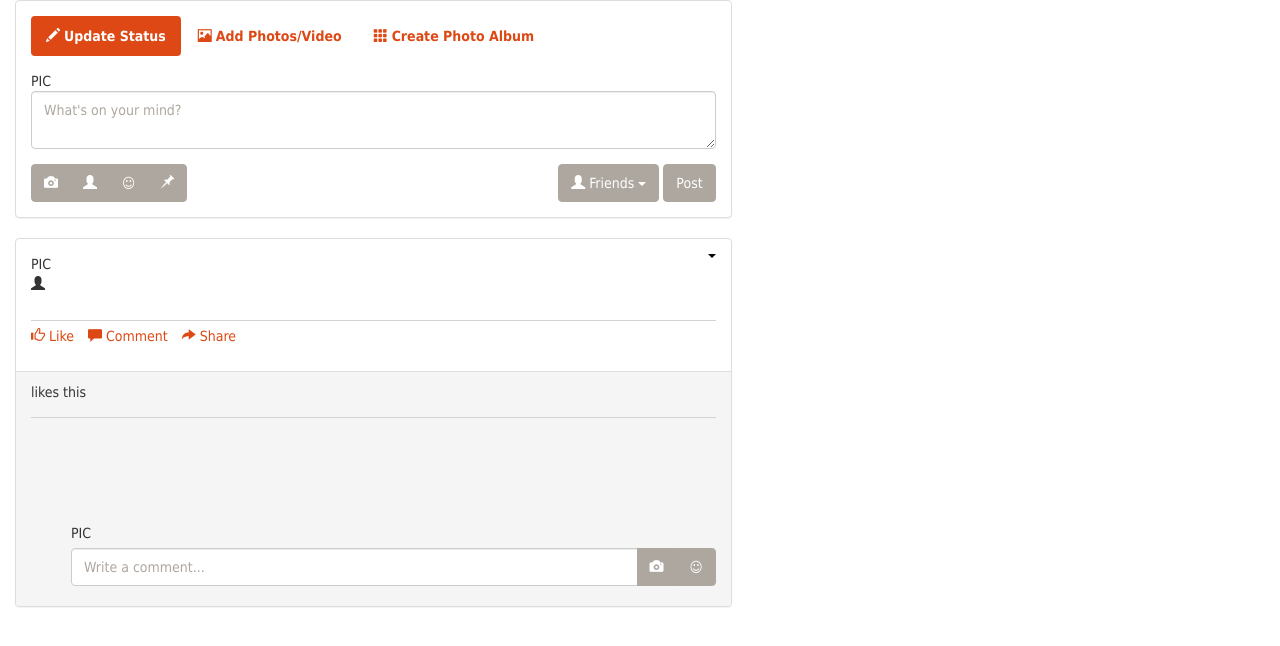
Repository: harshagithub19/news_feed
Page: fbapp3/src/main/webapp/newcheck.html
These files come from the project's save history. The page is drawn as it stood at one moment and after the next save; the edit follows.
The browser window is 1280 px wide. The pictures show the whole page.
The page's requests for data from a server got no answer. Some web fonts or font styles are not loaded; a fallback is used. Some web libraries are served in a nearby version.

Above is the page before, as saved 2017-03-03 20:24:09.

After the next save:
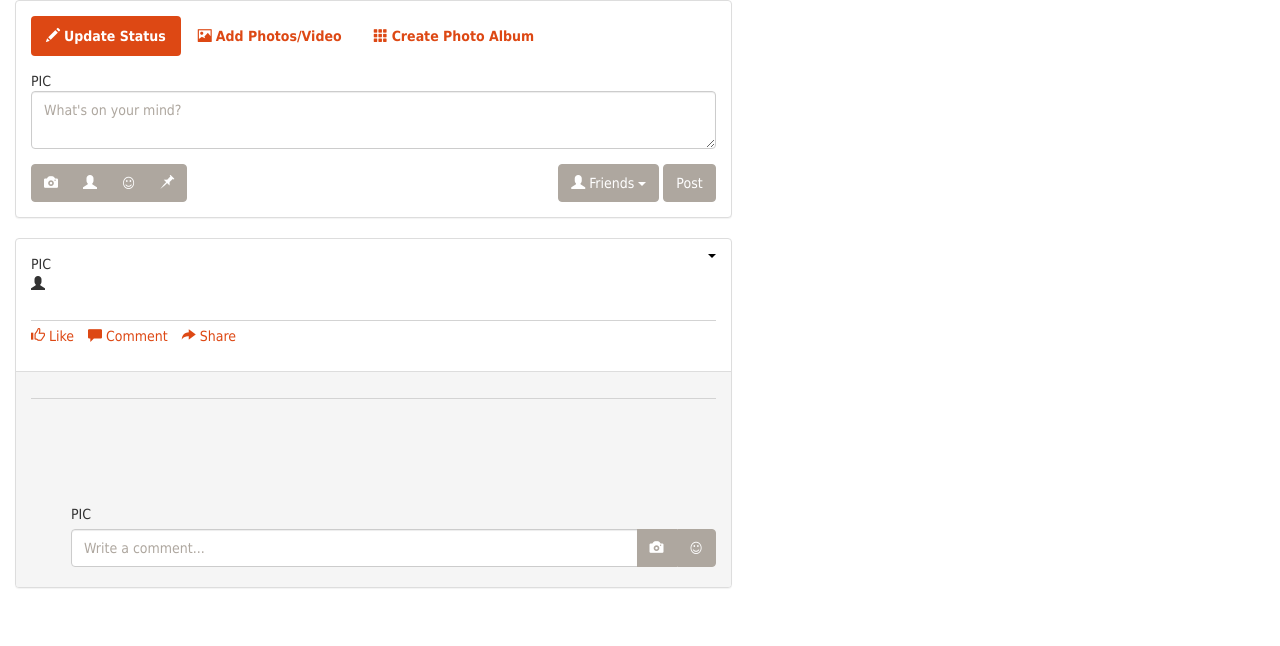
Saved 4 s later.
--- a/fbapp3/src/main/webapp/newcheck.html
+++ b/fbapp3/src/main/webapp/newcheck.html
@@ -233,7 +233,7 @@
  <div class="panel-footer" id="o">
 	  <div class="row">
 	    <div class="col-md-12">
-	       <pid="likesCount"> likes this</p>
+	       <pid="likesCount"></p>
 	    </div>
 
 	   </div>

After the 4 saves that followed:
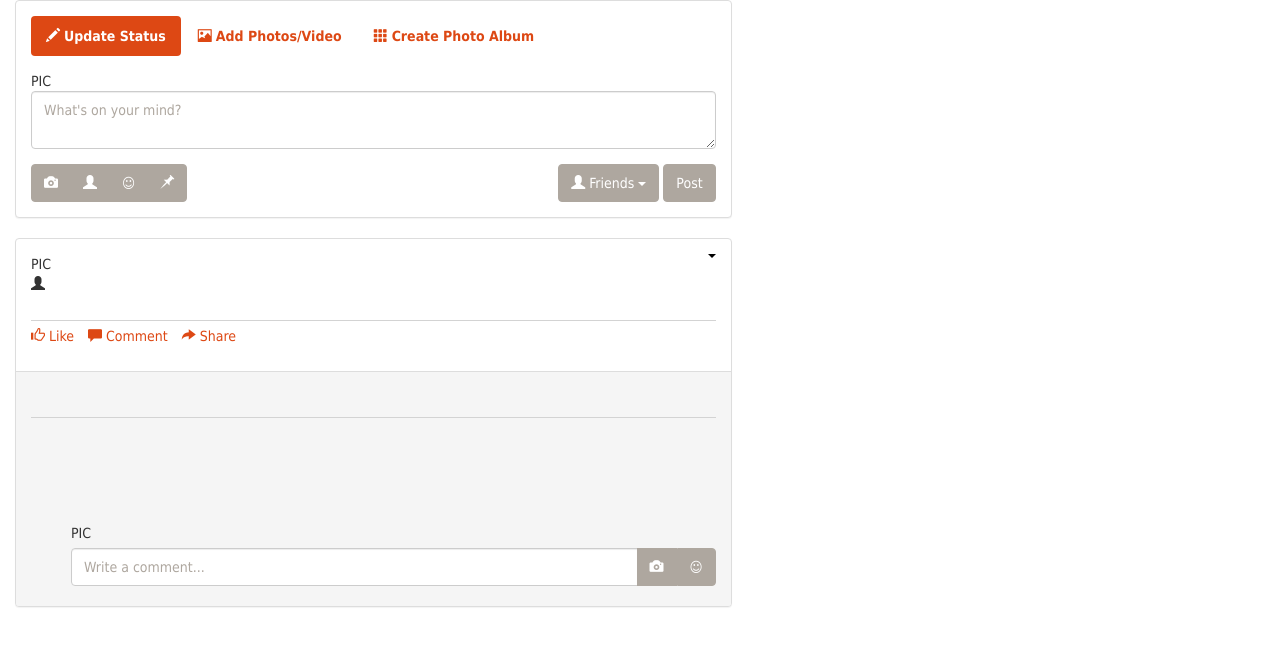
The 4 saves are shown as one change because 3 left the picture as it was.
The last was saved 6 min 6 s later.
--- a/fbapp3/src/main/webapp/newcheck.html
+++ b/fbapp3/src/main/webapp/newcheck.html
@@ -59,7 +59,8 @@
 
 	                	   $("#dateandperson").html(dateandperson);
 	                	   //likescount
-	                	   var likesCount= "<a href="+"#"+">"+ data[0].LikesCount+"</a>";
+	                	   var likesCount;
+	                	   likesCount="<a href="+"#"+">"+ data[0].LikesCount+ "</a>";
 	                	   $("#likesCount").html(likesCount);
   	                      var cmnt=data[0].a;
   	                      var output= "<ul class="+"media-list"+">";
@@ -233,7 +234,8 @@
  <div class="panel-footer" id="o">
 	  <div class="row">
 	    <div class="col-md-12">
-	       <pid="likesCount"></p>
+	       <p id="likesCount">
+	       <br>
 	    </div>
 
 	   </div>
